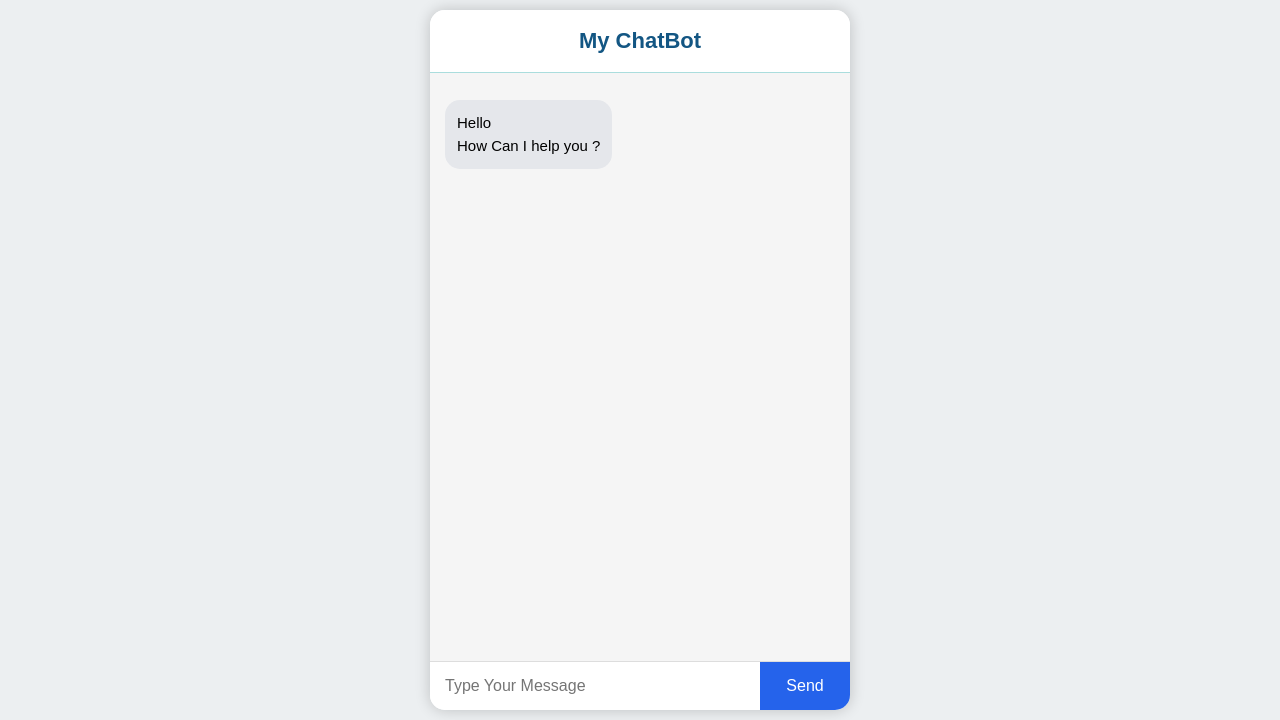
Repository: nt269782-web/Offline-ChatBot
Page: front.html
The author's editor kept a copy of each file at every save. The page is drawn from the files as they stood at one save, then again after a run of saves.
The browser window is 1280 px wide. The pictures show the whole page.

Above is the page before, as saved 2026-07-11 22:52:20.

### front.html
<!DOCTYPE html>
<html lang="en">
<head>
    <meta charset="UTF-8">
    <meta name="viewport" content="width=device-width, initial-scale=1.0">
    <title>Document</title>
    <style>
        *{
            margin:0;
            padding:0;
        box-sizing:border-box;
        font-family:Arial,sans-serif;
        }

        body{
            background: #eceff1;
            display: flex;
            justify-content: center;
            align-items: center;
            height: 100vh;
        }
        .chat-container {
            width: 420px;
            height: 700px;
            overflow: hidden;
            display: flex;
            flex-direction: column;
            background:#fff;
            border-radius:15px;
            box-shadow:0 0 15px rgba(0,0,0,.2);


        }
        .header{
            background-color: rgb(255, 255, 255);
            color: #135683;
            text-align: center;
            font-size: 22px;
            font-weight: bold;
            padding: 18px;
            border-bottom: 1px solid #add;

        }


        .chat-box{
            flex: 1;
            overflow: auto;
            padding: 15px;
            background: #f5f5f5;



        }
        .message{
            display: flex;
            margin: 12px 0;

        }
        .bot{
            justify-content: flex-start;
        }

        .user{
            justify-content: flex-end;
        }



        .bubble{
            max-width: 75%;
            padding: 12px;
            border-radius: 15px;
            font-size: 15px;
            line-height: 1.5;
        }

        .bot .bubble{
            background:#e5e7eb;
            color:#000;
        }

        .user .bubble{
            background:#2563eb;
            color:#fff;
        }

        .input-area{
            display:flex;
            border-top:1px solid #ddd;
        }
        input{
            flex: 1;
            border: none;
            padding: 15px;
            outline: none;
            font-size: 16px;
        }

        button{
        width:90px;
        border:none;
        background:#2563eb;
        color:white;
        font-size:16px;
        cursor:pointer;
    }

        button:hover{
            background:#1d4ed8;
        }


    </style>
</head>

<body>
    <div class="chat-container">
        <div class="header">
            My ChatBot
        </div>

        <div class="chat-box" id="chatBox">
            <div class="message bot">
                <div class="bubble">
                    Hello <br>
                    How Can I help you ?

                </div>
            </div>
        </div>

    <div class="input-area">
        <input type="text" id="userInput" placeholder="Type Your Message">
        <button onclick="sendMessage()">Send</button>
    </div>




    <script src="Java.js"></script>
</div>
</body>
</html>

### Java.js
const chatBox = document.getElementById("chatBox");

function sendMessage() {

    let input = document.getElementById("userInput");
    let text = input.value.trim();

    if (text === "") return;

    // User Message
    chatBox.innerHTML += `
        <div class="message user">
            <div class="bubble">${text}</div>
        </div>
    `;

    input.value = "";
    chatBox.scrollTop = chatBox.scrollHeight;

    // Backend Request
    fetch("http://localhost:8080/chat", {
        method: "POST",
        headers: {
            "Content-Type": "application/json"
        },
        body: JSON.stringify({
            message: text
        })
    })
    .then(response => response.json())
    .then(data => {

        chatBox.innerHTML += `
            <div class="message bot">
                <div class="bubble">
                    ${data.reply}
                </div>
            </div>
        `;

        chatBox.scrollTop = chatBox.scrollHeight;

    })
    .catch(error => {

        chatBox.innerHTML += `
            <div class="message bot">
                <div class="bubble">
                    Yes,
                    How Can I Help You ?
                </div>

            </div>
        `;

        console.error(error);

    });

}

document.getElementById("userInput").addEventListener("keypress", function (e) {
    if (e.key === "Enter") {
        sendMessage();
    }
});

After the next 3 saves:
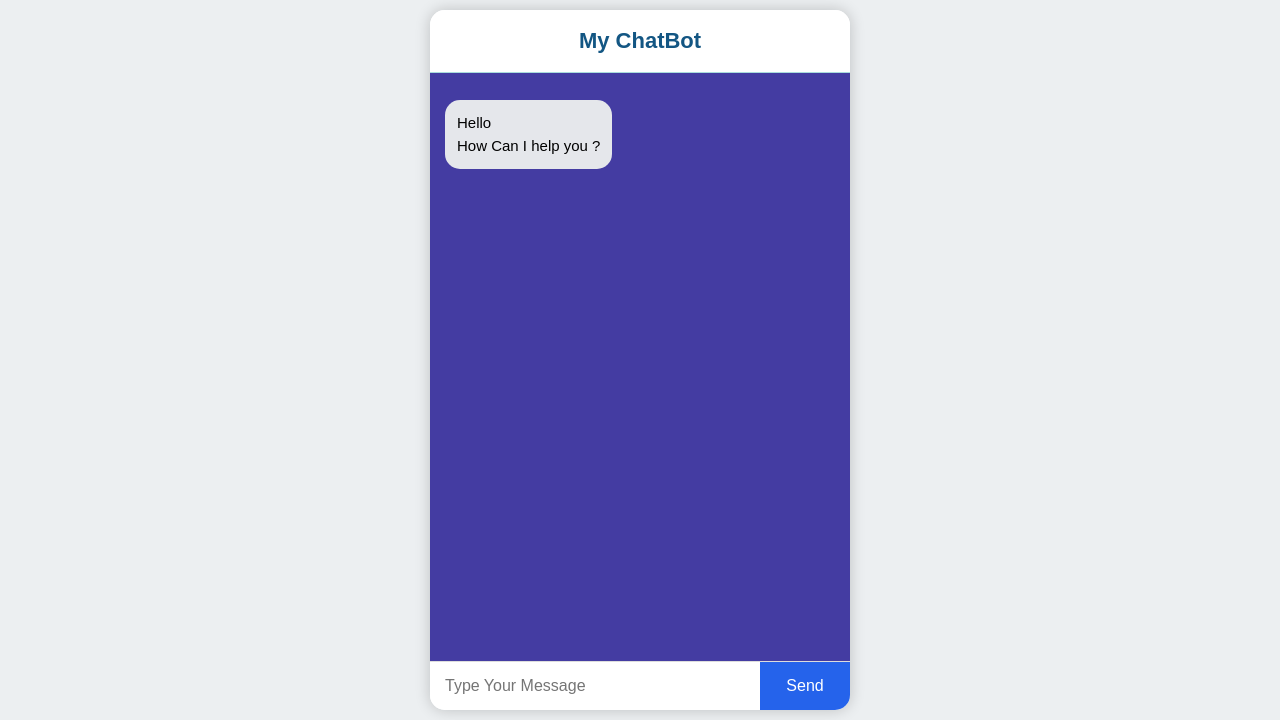
The 3 saves are shown as one change because they came seconds apart.
The last was saved 12 min 38 s later.
--- a/front.html
+++ b/front.html
@@ -47,7 +47,7 @@
             flex: 1;
             overflow: auto;
             padding: 15px;
-            background: #f5f5f5;
+            background: #443ca2;
 
 
 
